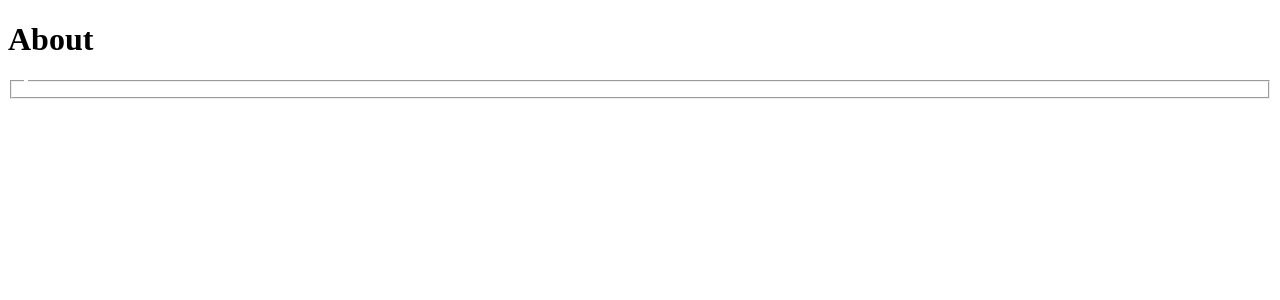
Repository: fisikusari/test-repo
Page: about.html
The author's editor kept a copy of each file at every save. The page is drawn from the files as they stood at one save, then again after the next save.
The browser window is 1280 px wide. The pictures show the whole page.

Above is the page before, as saved 2021-11-11 18:50:10.

After the next save:
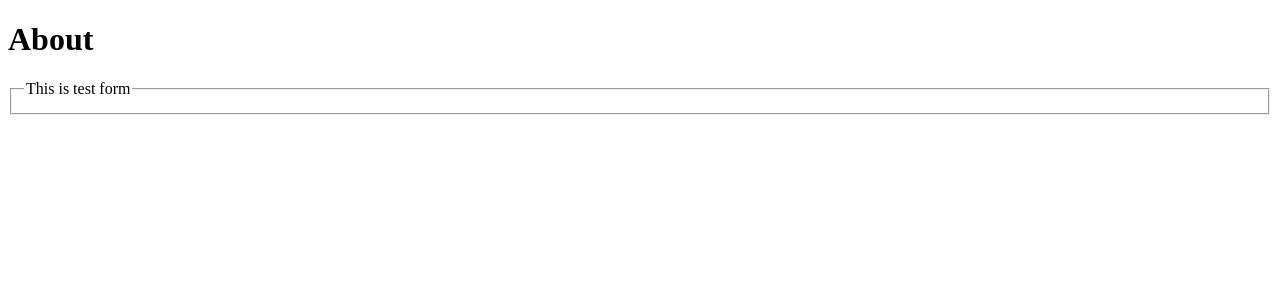
Saved 6 s later.
--- a/about.html
+++ b/about.html
@@ -14,7 +14,7 @@
   <form action="">
     <!--Fieldset Starts here-->
     <fieldset>
-        <legend></legend>
+      <legend>This is test form</legend>
     </fieldset>
     <!--Fieldset Ends here-->
   </form>
